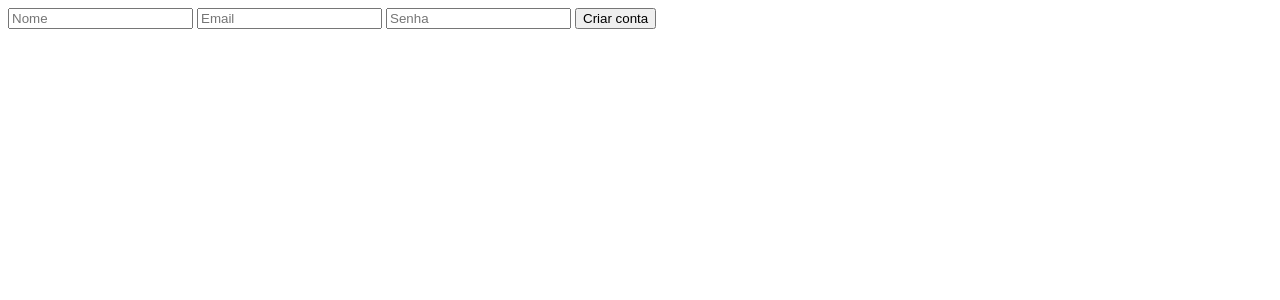
Repository: juvencio009/infratech-web
Page: register.html
An editor plug-in stored every save of this project. The page is shown before and after a run of saves, followed by the edit.
The browser window is 1280 px wide. The pictures show the whole page.

Above is the page before, as saved 2025-12-18 14:49:53.

After the next 3 saves:
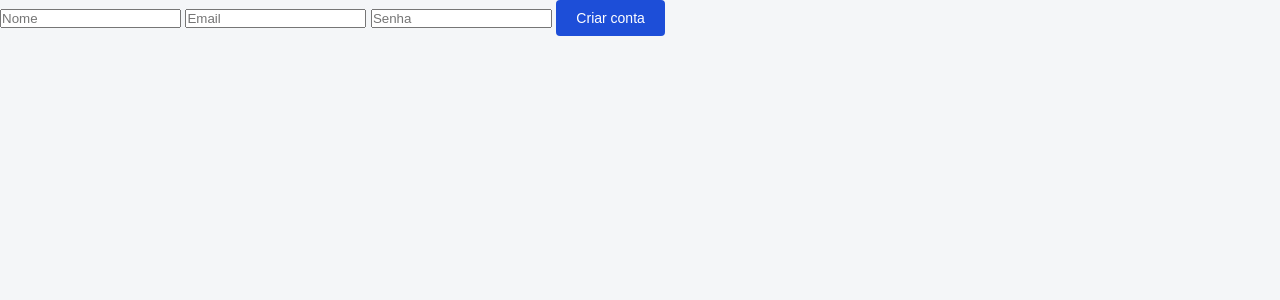
The 3 saves are shown as one change because they came seconds apart.
The last was saved 13 s later.
--- a/register.html
+++ b/register.html
@@ -4,7 +4,7 @@
     <meta charset="UTF-8">
     <meta name="viewport" content="width=device-width, initial-scale=1.0">
     <title>Register & Login</title>
-    <link rel="stylesheet" href="">
+    <link rel="stylesheet" href="css/style.css">
 </head>
 <body>
     <form id="registerForm">
@@ -13,6 +13,5 @@
     <input type="password" id="password" placeholder="Senha" required />
     <button>Criar conta</button>
     </form>
-
 </body>
 </html>
